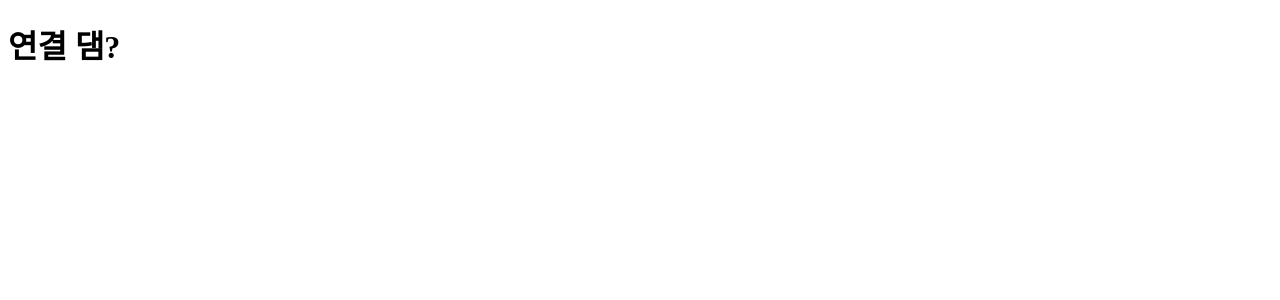
Repository: song-tata/jsp_servlet
Page: ex1_link/WebContent/link.html
An editor plug-in stored every save of this project. The page is shown before and after the next save, followed by the edit.
The browser window is 1280 px wide. The pictures show the whole page.

Above is the page before, as saved 2023-05-17 01:25:00.

### ex1_link/WebContent/link.html
<!DOCTYPE html>
<html>
<head>
<meta charset="EUC-KR">
<title>Insert title here</title>
</head>
<body>
	<h1>연결 댐?</h1>
</body>
</html>

After the next save:
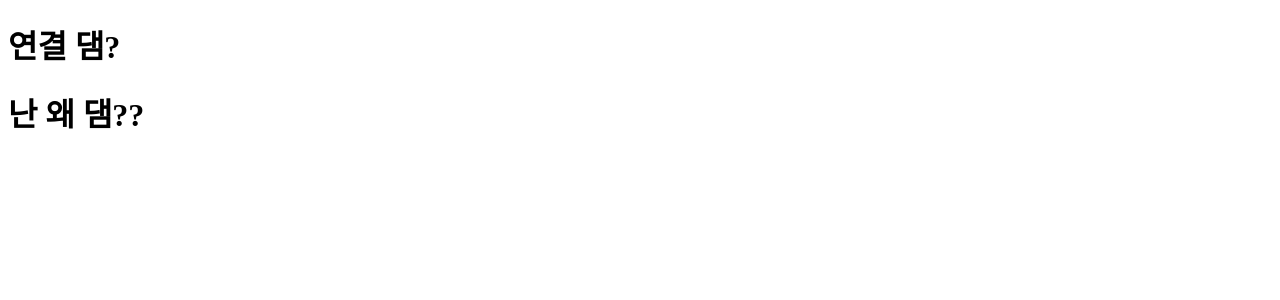
Saved 20 min 29 s later.
--- a/ex1_link/WebContent/link.html
+++ b/ex1_link/WebContent/link.html
@@ -6,5 +6,6 @@
 </head>
 <body>
 	<h1>연결 댐?</h1>
+	<h1>난 왜 댐??</h1>
 </body>
 </html>
